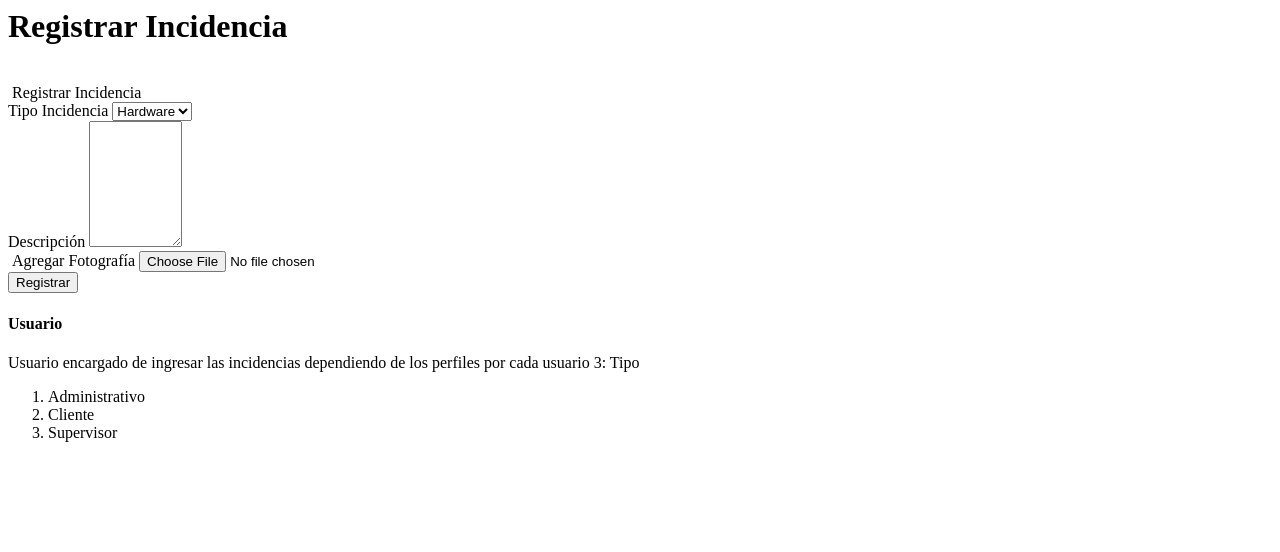
Repository: androla10/ProyectoCibert5to
Page: http://localhost/GDI/Incidencia/RegistrarIncidencia.jsp
These files come from the project's save history. The page is drawn as it stood at one moment and after the next save; the edit follows.
The browser window is 1280 px wide. The pictures show the whole page.
The page is served by Tomcat 9. Nobody is signed in. The application's start-up code is not run. Other server files are loaded and not shown.

Above is the page before, as saved 2016-05-10 21:57:24.

### GDI/src/main/webapp/Incidencia/RegistrarIncidencia.jsp
<div class="container-fluid">
	<h1 class="text-center">Registrar Incidencia</h1>
	<br>
	<div class="panel-primary">
		<div class="panel-heading">
			<i class="fa fa-user fa-1x"></i>&nbsp;Registrar Incidencia
		</div>
		<div class="panel-body">
			<form action="" id="formRegistroIncidencia">
				<div class="row">
					<div class="col-xs-12 col-sm-12 col-md-6 col-lg-6">
						<div class="form-group">
							<label for="tipoIncidencia">Tipo Incidencia</label>
							<select class="form-control" name="incidencia.TipoIncidencia" id="tipoIncidencia">
								<option value="1">Hardware</option>
								<option value="2">Software</option>
							</select>
						</div>
						<div class="form-group">
							<label for="descripcion">Descripción</label>
							<textarea type="text" class="form-control" name="usuario.apellido" id="descripcion" rows="8" cols="9"></textarea>
						</div>
						<div class="form-group">
							<label for="descripcion"><i class="fa fa-file-image-o fa-1x"></i>&nbsp;Agregar Fotografía</label>
							<input type="file" class="form-control" name="usuario.apellido" id="descripcion" rows="8" cols="9"/>
						</div>
						<button type="submit" class="btn btn-primary">Registrar</button>
					</div>
					<div class="col-xs-12 col-sm-12 col-sm-6 col-lg-6">
						<h4>Usuario</h4>
						<p>Usuario encargado de ingresar las incidencias dependiendo
							de los perfiles por cada usuario 3: Tipo
						<ol>
							<li>Administrativo</li>
							<li>Cliente</li>
							<li>Supervisor</li>
						</ol>
						</p>
					</div>
				</div>
			</form>
		</div>
	</div>
</div>

After the next save:
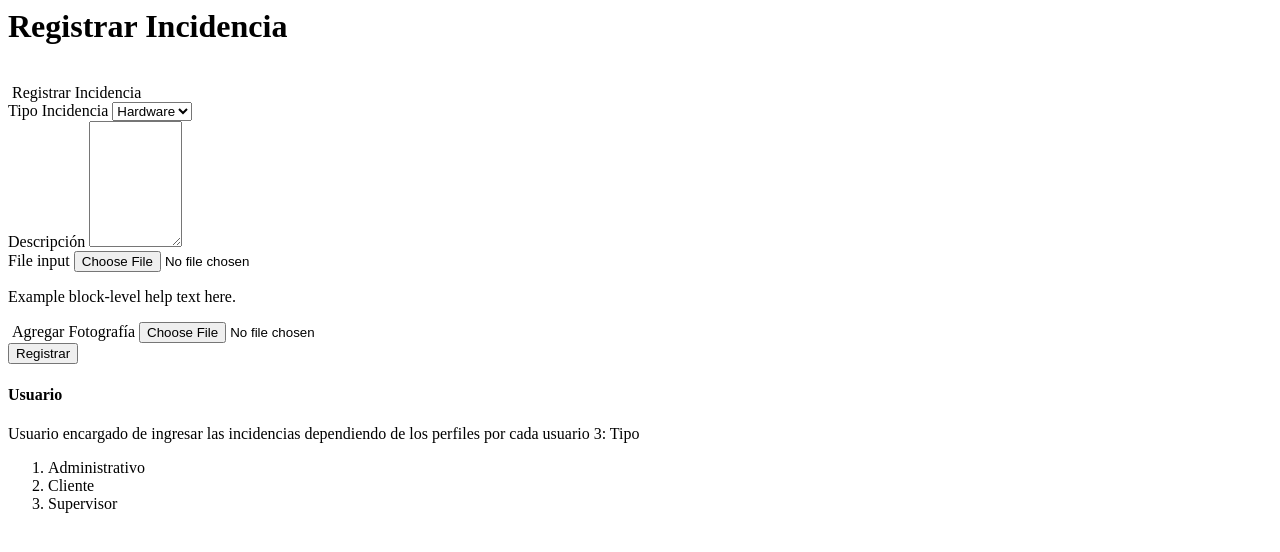
Saved 104 s later.
--- a/GDI/src/main/webapp/Incidencia/RegistrarIncidencia.jsp
+++ b/GDI/src/main/webapp/Incidencia/RegistrarIncidencia.jsp
@@ -10,19 +10,27 @@
 				<div class="row">
 					<div class="col-xs-12 col-sm-12 col-md-6 col-lg-6">
 						<div class="form-group">
-							<label for="tipoIncidencia">Tipo Incidencia</label>
-							<select class="form-control" name="incidencia.TipoIncidencia" id="tipoIncidencia">
+							<label for="tipoIncidencia">Tipo Incidencia</label> <select
+								class="form-control" name="incidencia.TipoIncidencia"
+								id="tipoIncidencia">
 								<option value="1">Hardware</option>
 								<option value="2">Software</option>
 							</select>
 						</div>
 						<div class="form-group">
 							<label for="descripcion">Descripción</label>
-							<textarea type="text" class="form-control" name="usuario.apellido" id="descripcion" rows="8" cols="9"></textarea>
+							<textarea type="text" class="form-control"
+								name="usuario.apellido" id="descripcion" rows="8" cols="9"></textarea>
 						</div>
 						<div class="form-group">
-							<label for="descripcion"><i class="fa fa-file-image-o fa-1x"></i>&nbsp;Agregar Fotografía</label>
-							<input type="file" class="form-control" name="usuario.apellido" id="descripcion" rows="8" cols="9"/>
+							<label for="descripcion">File input</label> <input
+								type="file" id="exampleInputFile">
+							<p class="help-block">Example block-level help text here.</p>
+
+							<label for="descripcion"><i
+								class="fa fa-file-image-o fa-1x"></i>&nbsp;Agregar Fotografía</label> <input
+								type="file" class="form-control" name="usuario.apellido"
+								id="descripcion" rows="8" cols="9" />
 						</div>
 						<button type="submit" class="btn btn-primary">Registrar</button>
 					</div>

After the save that followed:
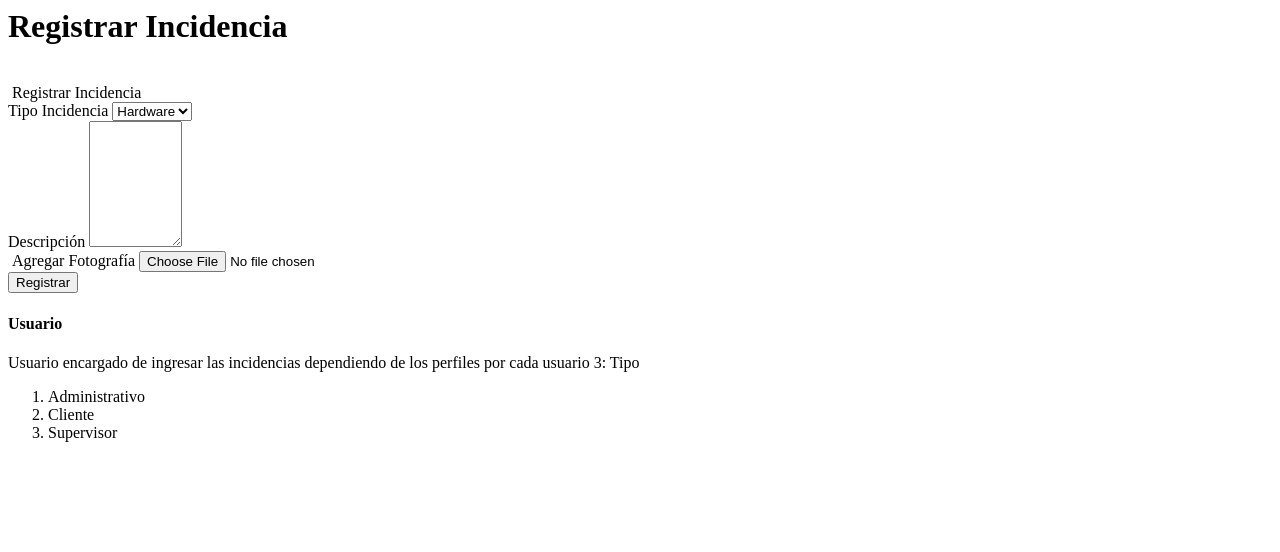
Saved 24 s later.
--- a/GDI/src/main/webapp/Incidencia/RegistrarIncidencia.jsp
+++ b/GDI/src/main/webapp/Incidencia/RegistrarIncidencia.jsp
@@ -23,10 +23,6 @@
 								name="usuario.apellido" id="descripcion" rows="8" cols="9"></textarea>
 						</div>
 						<div class="form-group">
-							<label for="descripcion">File input</label> <input
-								type="file" id="exampleInputFile">
-							<p class="help-block">Example block-level help text here.</p>
-
 							<label for="descripcion"><i
 								class="fa fa-file-image-o fa-1x"></i>&nbsp;Agregar Fotografía</label> <input
 								type="file" class="form-control" name="usuario.apellido"
